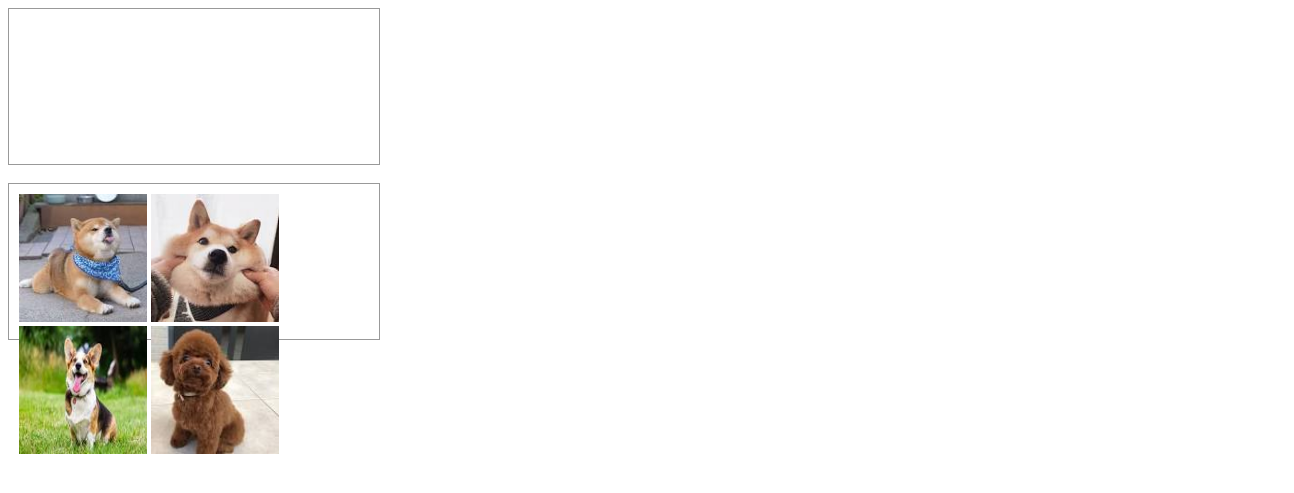
Repository: leetaehyeon123/SpringBaseSources
Page: http://localhost/DAD/
An editor plug-in stored every save of this project. The page is shown before and after the next save, followed by the edit.
The browser window is 1280 px wide. The page is 1280 px wide, then 1294 px, so the pictures cover 1294 px, including what lies to the right of the window. The pictures show the whole page.
The page is served by Tomcat 9.

Above is the page before, as saved 2020-06-28 01:41:40.

After the next save:
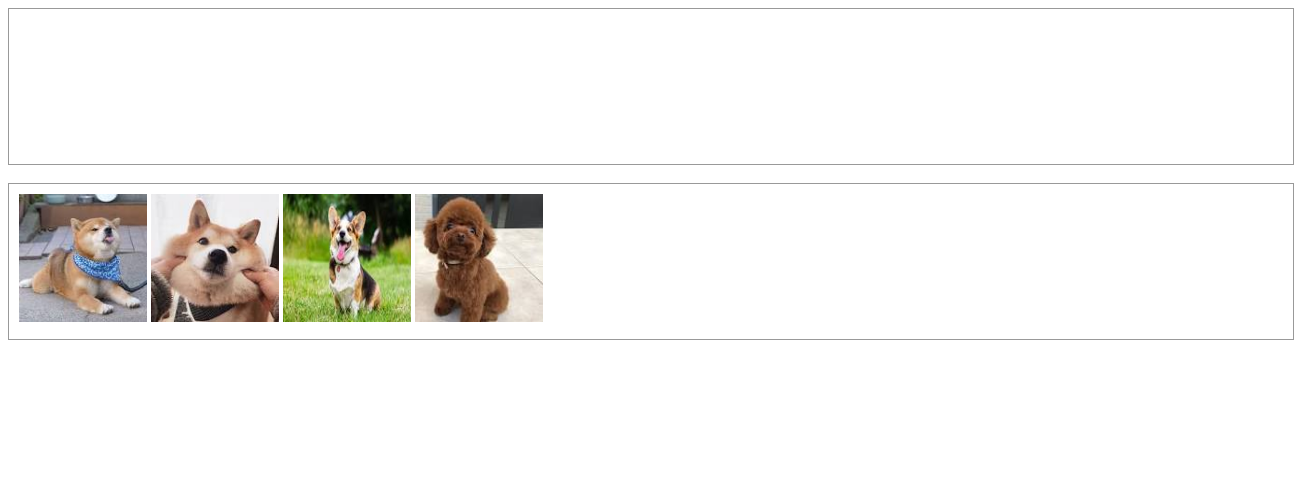
Saved 22 s later.
--- a/드래그앤드롭 소스코드/DragAndDrop/DAD/src/main/webapp/WEB-INF/views/main.jsp
+++ b/드래그앤드롭 소스코드/DragAndDrop/DAD/src/main/webapp/WEB-INF/views/main.jsp
@@ -8,7 +8,7 @@
 <!-- !!!!!!!!!!!!!!!!!!!!!!!!!!!!!!! ondragstart에서 ondragover로 이동한다. 이동할 아이는 draggable="true" 를 해줘야한다. -->
 <style>
 /* 드래그해 놓을 상자의 모양을 정합니다. 지금은 신경쓰지 않으셔도 됩니다. */
-#div1,#div2 {width:350px;height:135px;padding:10px;border:1px solid #999;}
+#div1,#div2 {width:100%;height:135px;padding:10px;border:1px solid #999;}
 </style>
 <script>
 function allowDrop(ev) {
